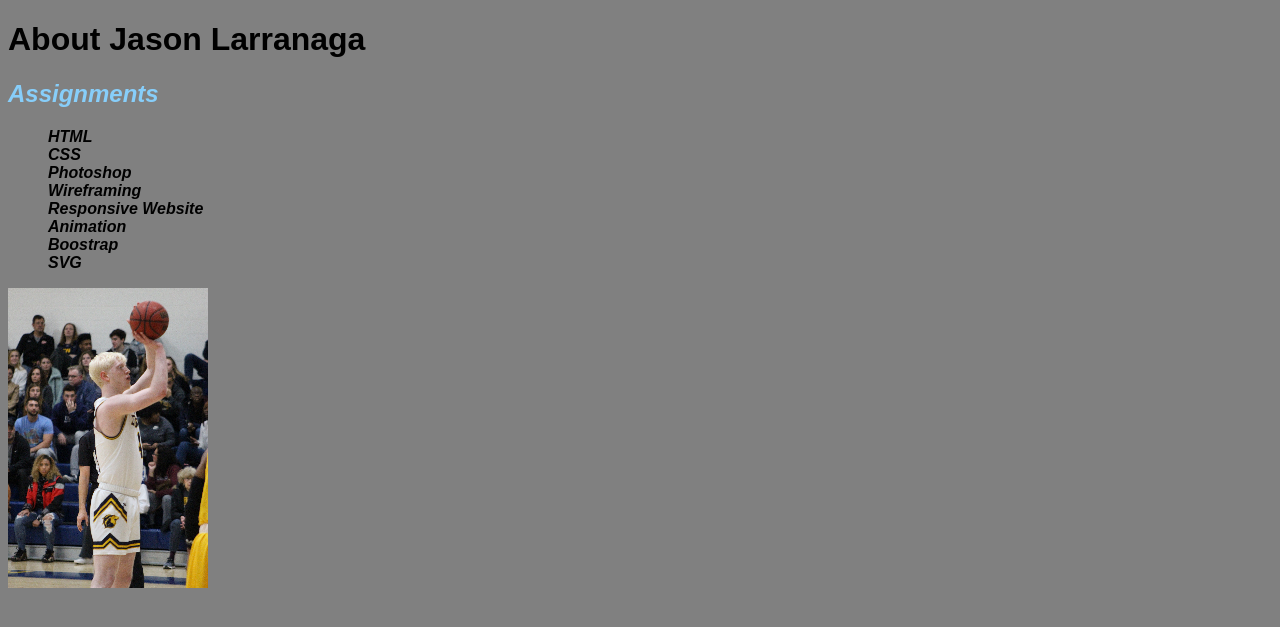
Repository: larranj1/my_website
Page: index.html
The author's editor kept a record of every edit. The page is drawn from the files as they stood at one moment, then again after the next edit.
The browser window is 1280 px wide. The pictures show the whole page.

Above is the page before.

### index.html
<!DOCTYPE html>
<html>
    <head>
    <style>

.box{
    float:left;
}

.clearfix::after {
    content: "";
    clear: both;
    display: table;
    }

    </style>
</head>

<link href = "assignments/css/first.css"
    type = "text/css"
    rel = "stylesheet">


<h1>About Jason Larranaga</h1>
    <h2> <i>Assignments</i> </h2>
    <body>
    <div class="clearfix">
        <div class="box1">
            <ul>
               <li> <a href = "assignments/html/index.html"> HTML </a> </li>
               <li> <a href = "assignments/css/index.html"> CSS </a> </li>
               <li> <a href = "assignments/photoshop/index.html"> Photoshop </a> </li>
               <li> <a href = "assignments/wireframing/index.html"> Wireframing </a> </li>
               <li> <a href = "assignments/responsive_website/index.html"> Responsive Website </a> </li>
               <li> <a href = "assignments/animation/index.html"> Animation </a> </li>
               <li> <a href = "assignments/boostrap/index.html"> Boostrap </a> </li>
               <li> <a href = "assignments/svg/index.html"> SVG </a> </li>
            </ul>
        </div>
        <div class="box2">
           <img src="me.jpg" alt="Me"q>
        </div>
    </div>
    </body>
</html>

### assignments/css/first.css
h1 {
  text-align: Left;
  font-family: Arial, sans-serif;
  color: Black;
}

h2 {
  font-family: Arial, sans-serif;
  color: #87CEFA;
}

ul{
  font-family: arial, sans-serif;
  font-weight: bold;
  font-style: italic;
  color: gray;
}

ol{
  font-family: arial, sans-serif;
  font-weight: bold;
  font-style: italic;
  color: white;
}

body{
  background-color: gray;
}

a{
  color: black
}

a:link{
  text-decoration: none
}

a:hover{
  text-decoration: underline
}

After the next edit:
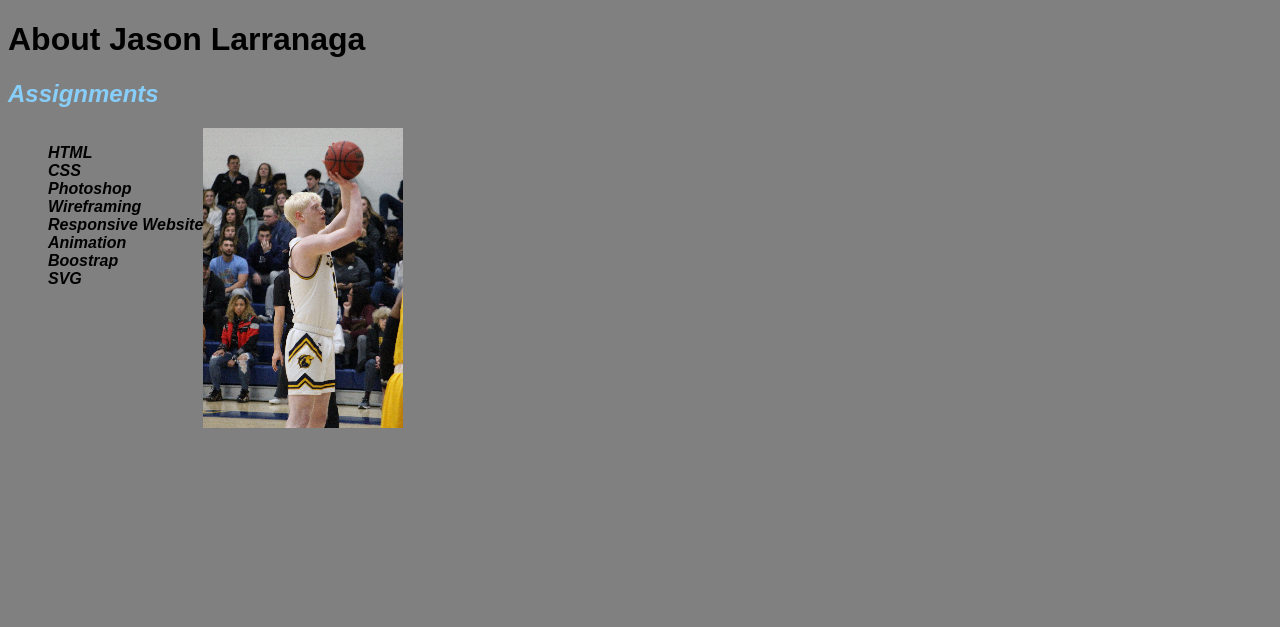
The edit:
--- a/index.html
+++ b/index.html
@@ -3,7 +3,7 @@
     <head>
     <style>
 
-.box{
+.box1{
     float:left;
 }
 
